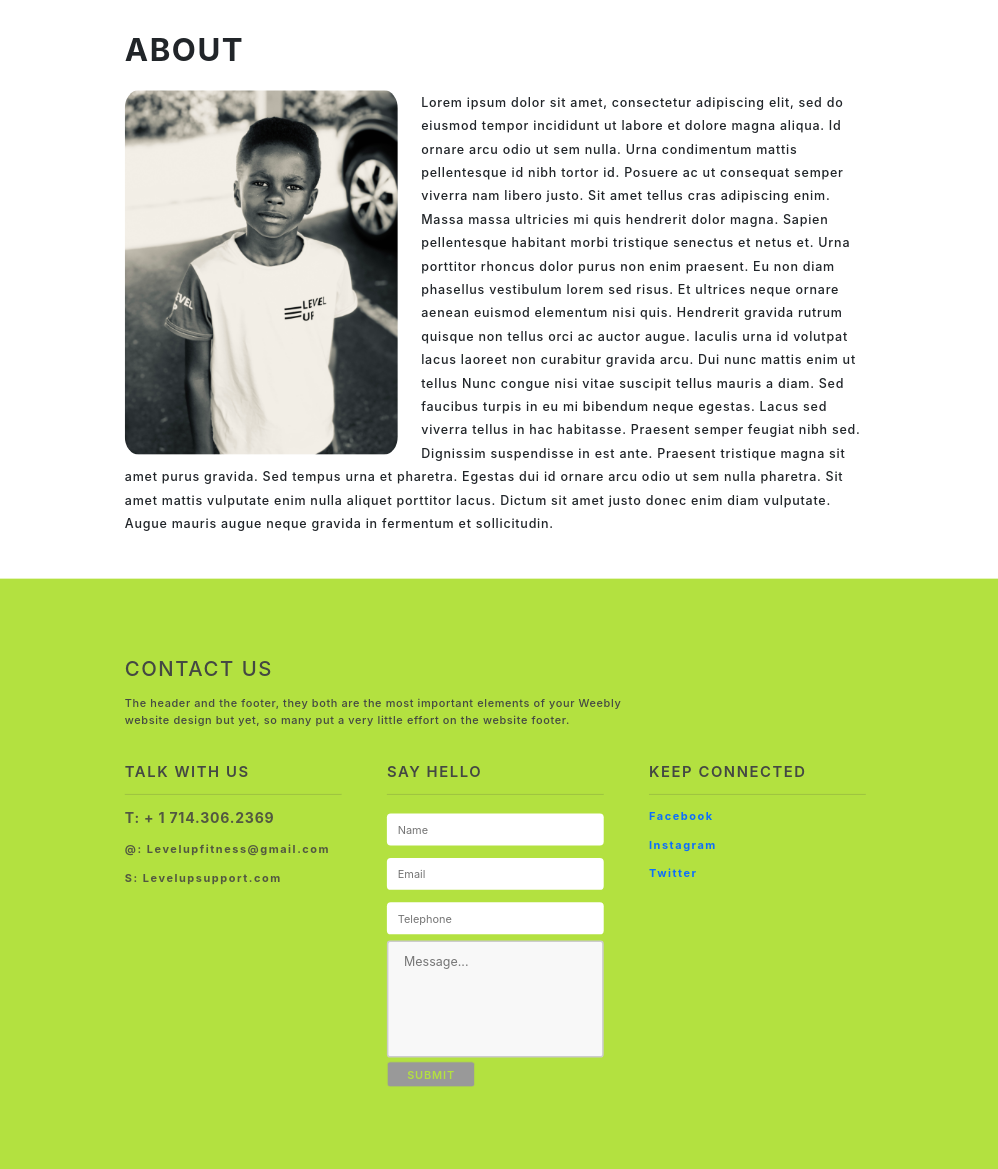
Repository: Bojurie/Level-up
Page: /about (app in client/)
An editor plug-in stored every save of this project. The page is shown before and after the next save, followed by the edit.
The browser window is 1280 px wide. The pictures show the part of the page from y = 346 to 1845 px (the page is 1845 px tall before and 1785 px after), at 78% of full size.
Some web fonts or font styles are not loaded; a fallback is used. Some web libraries are served in a nearby version. The project was rebuilt for these pictures with package versions that can differ from the ones it lists, and the page was loaded fresh each time. Also part of the build but not shown: client/src/components/Carousel.js, client/src/components/HomeVlog.css, client/src/components/HomeVlog.js, client/src/components/homeProducts.css, client/src/components/HomeProducts.js, client/src/components/Card.js, client/src/components/HomeShop.css, client/src/components/HomeShop.js and 10 more. Imported but missing from the stored project, and not drawn on this page: client/src/components/Chart.

Above is the page before, as saved 2022-11-30 04:15:20.

After the next save:
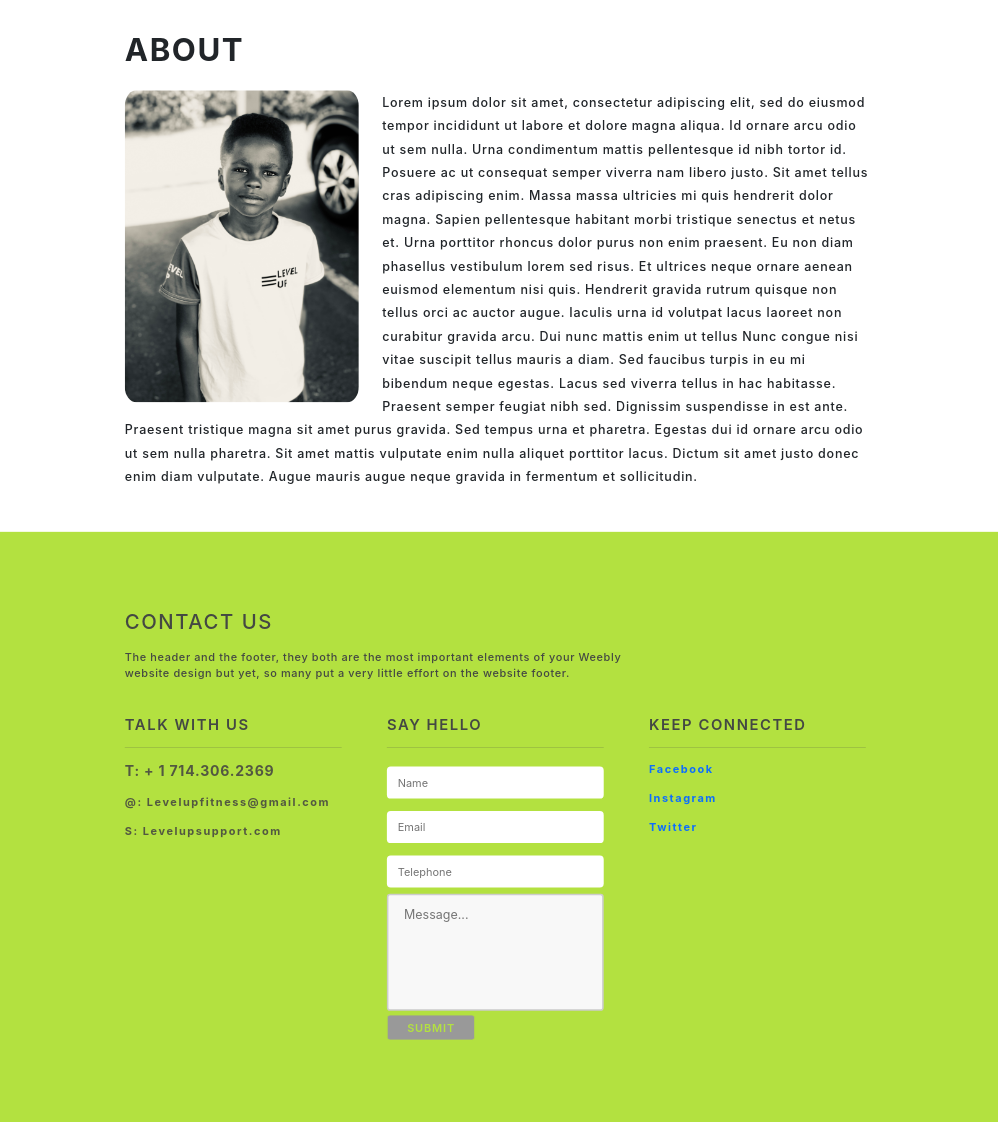
Saved 12 s later.
--- a/client/src/pages/About.css
+++ b/client/src/pages/About.css
@@ -18,7 +18,7 @@
 }
 
 .aboutParagraph img {
- width: 350px;
+ width: 300px;
   border-radius: 5%;
   float: left;
   margin: 0 30px 0 0;
